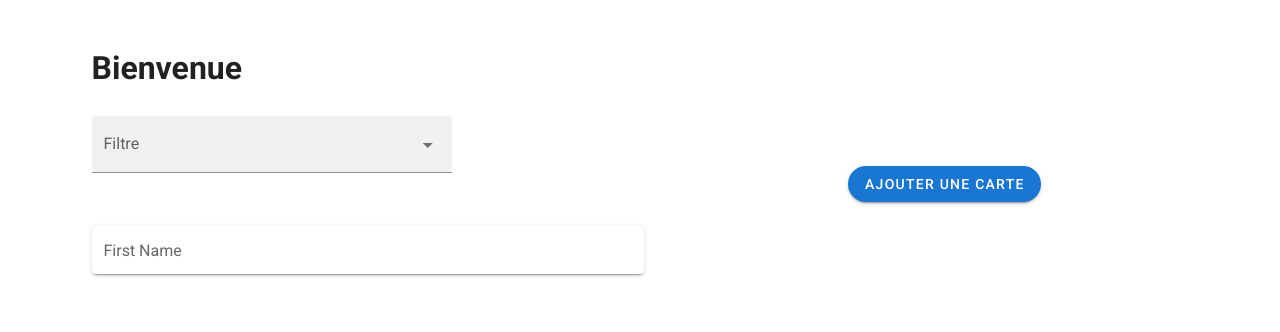
Repository: SidneyHodieb/myc
Page: /
These files come from the project's save history. The page is drawn as it stood at one moment and after the next save; the edit follows.
The browser window is 1280 px wide. The pictures show the whole page.
The project was rebuilt for these pictures with package versions that can differ from the ones it lists, and the page was loaded fresh each time. Also part of the build but not shown: vue.config.js.

Above is the page before, as saved 2021-04-01 23:22:57.

### src/App.vue
<template>
  <v-app>
    <v-main>
      <router-view></router-view>
    </v-main>
  </v-app>
</template>

<script>

export default {
  name: 'App',
  data: () => ({
    //
  }),
};
</script>

### src/views/Home.vue
<template>
  <v-container>
    <v-row class="mt-5 ml-5">
      <v-col cols="12" sm="12">
        <h1>Bienvenue</h1>
      </v-col>
      <v-col class="d-flex" sm="4">
        <v-select :items="items" filled label="Filtre"></v-select>
      </v-col>
     <v-col offset-md="2" sm="6" style="margin-top:50px">
      <div class="text-center">
        <v-btn rounded color="primary" dark offset-md="8">
          Ajouter une carte
        </v-btn>
      </div>
      </v-col>
      <v-col
          cols="12"
          sm="6"
        >
          <v-text-field
            v-model="first"
            label="First Name"
            solo
          ></v-text-field>
        </v-col>
    </v-row>
  </v-container>
</template>

<script>
// @ is an alias to /src

export default {
  components: {},
};
</script>

Loaded but not shown: public/index.html (common file); src/main.js (common file); src/router/index.js (common file); src/store/index.js (common file); src/plugins/vuetify.js (common file)

After the next save:
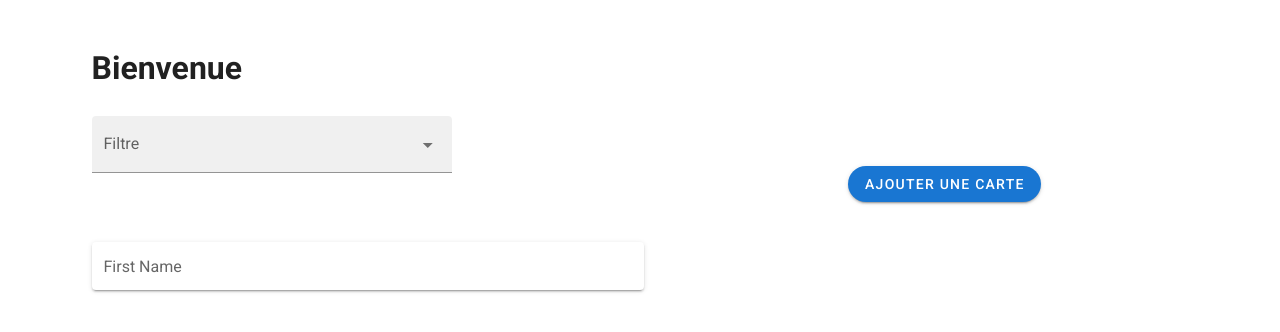
Saved 18 s later.
--- a/src/views/Home.vue
+++ b/src/views/Home.vue
@@ -17,6 +17,7 @@
       <v-col
           cols="12"
           sm="6"
+          class="mt-4"
         >
           <v-text-field
             v-model="first"
